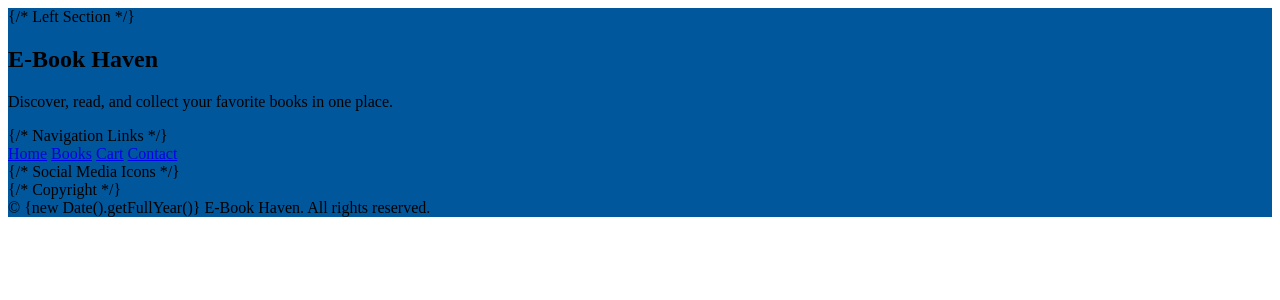
Repository: UmmeAyesha22/E-book-Shop
Page: http://localhost/Ebook-App/all_component/footer.jsp
These files come from the project's save history. The page is drawn as it stood at one moment and after the next save; the edit follows.
The browser window is 1280 px wide. The pictures show the whole page.
The page is served by Tomcat 9.

Above is the page before, as saved 2025-02-15 05:36:29.

After the next save:
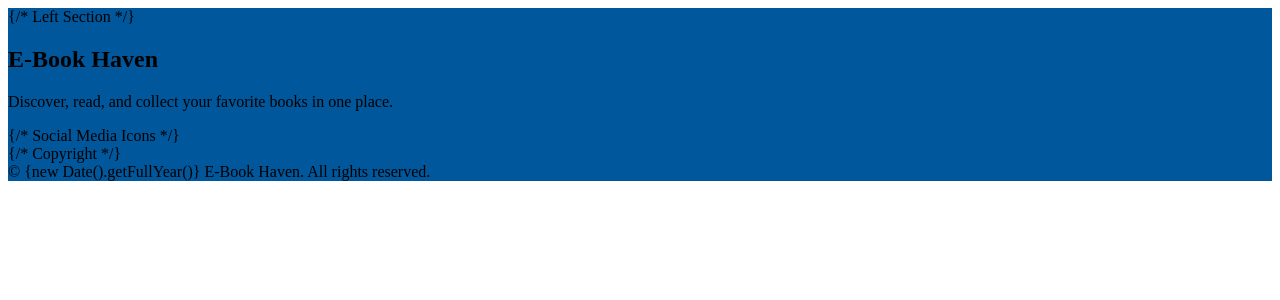
Saved 33 s later.
--- a/Ebook-App/src/main/webapp/all_component/footer.jsp
+++ b/Ebook-App/src/main/webapp/all_component/footer.jsp
@@ -9,14 +9,6 @@
           <p className="text-sm text-gray-400">
             Discover, read, and collect your favorite books in one place.
           </p>
-        </div>
-
-        {/* Navigation Links */}
-        <div className="flex space-x-6">
-          <a href="/" className="text-gray-400 hover:text-white">Home</a>
-          <a href="/books" className="text-gray-400 hover:text-white">Books</a>
-          <a href="/cart" className="text-gray-400 hover:text-white">Cart</a>
-          <a href="/contact" className="text-gray-400 hover:text-white">Contact</a>
         </div>
 
         {/* Social Media Icons */}
